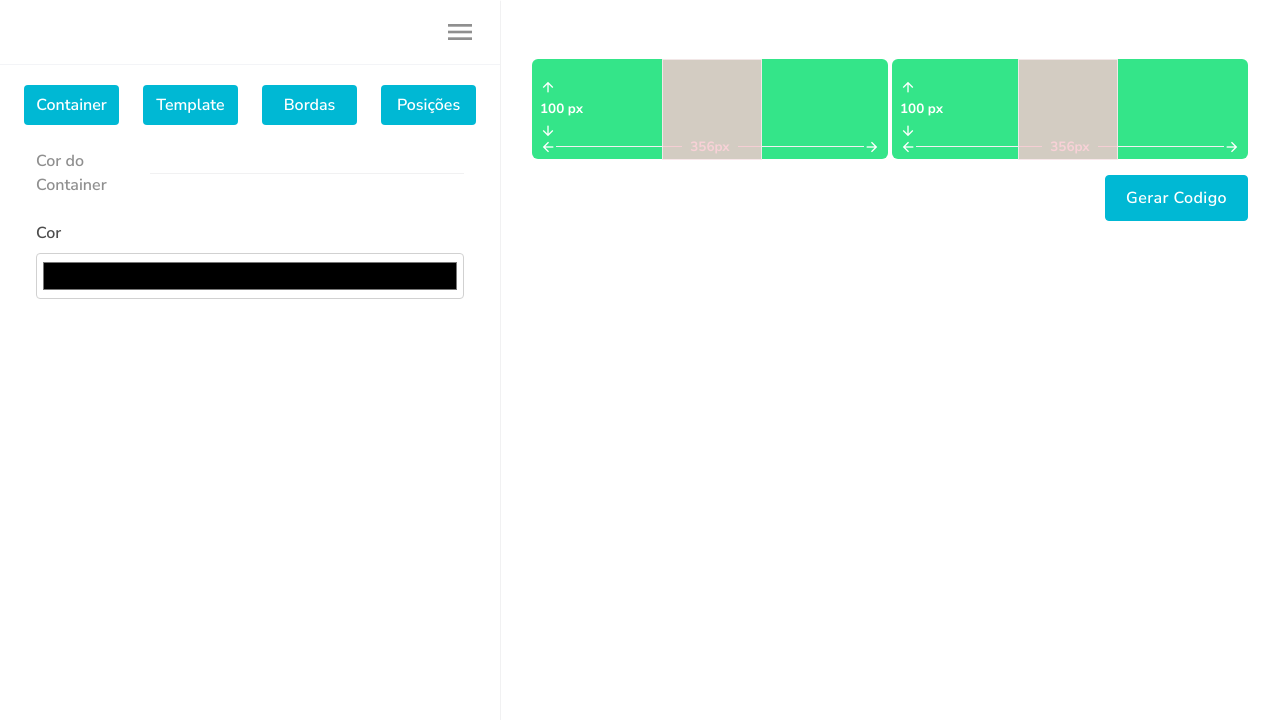
Repository: Flintdl/lowcode-elements
Page: /
The author's editor kept a copy of each file at every save. The page is drawn from the files as they stood at one save, then again after the next save.
The browser window is 1280 px wide. The pictures show the whole page.
The project was rebuilt for these pictures with package versions that can differ from the ones it lists, and the page was loaded fresh each time. Also part of the build but not shown: vue.config.js.

Above is the page before, as saved 2022-04-06 16:20:32.

### src/components/Menu/MenuTemplate.vue
<template>
  <div>
    <div
      class="ham burger-link-mobile sf-display-flex sf-display-md-none"
      @click="menu"
    >
      <i class="mdi mdi-menu sf-text-xlg sf-text-muted sf-dropdown-action"></i>
    </div>
    <nav class="sf-menu">
      <div class="sf-menu-header">
        <div
          @click="menu"
          class="hamburger-link sf-display-none sf-display-md-block"
        >
          <i
            class="mdi mdi-menu sf-text-xlg sf-text-muted sf-dropdown-action"
          ></i>
        </div>
      </div>
      <div class="sf-menu-body">
        <div class="sf-row sf-px-4" style="visibility: visible">
          <div
            v-for="tab of tabs"
            v-bind:key="tab.label"
            class="sf-col-3 sf-text-center sf-form-group"
          >
            <div
              @click="showContent"
              :dataRef="tab.ref"
              class="sf-btn-primary sf-cursor-pointer sf-p-2 sf-text-white sf-font-weight-bold sf-border-radius"
            >
              {{ tab.label }}
            </div>
          </div>
        </div>
        <ul class="sf-menu-ul sf-menu-content open" ref="container-collapse">
          <li class="sf-menu-li sf-px-4">
            <div class="sf-col-12 sf-form-group">
              <span
                class="sf-text-md sf-font-weight-bold sf-text-muted sf-display-flex sf-align-items-center"
              >
                Cor do Container
                <hr class="sf-width-100 sf-ml-4" />
              </span>
            </div>
            <InputBorderCorBloco
              :valorInput="inputBorderColor"
              v-on:callback="getValorBorderCorBloco"
            />
          </li>
        </ul>
        <ul class="sf-menu-ul sf-menu-content" ref="template-collapse">
          <li class="sf-menu-li sf-px-4">
            <div class="sf-row">
              <div class="sf-col-12 sf-form-group">
                <span
                  class="sf-text-md sf-font-weight-bold sf-text-muted sf-display-flex sf-align-items-center"
                >
                  Template
                  <hr class="sf-width-100 sf-ml-4" />
                </span>
              </div>
              <InputGapTemplate
                :valorInput="inputGap"
                v-on:callback="getValorCampo"
              />
              <InputQuantidadeTemplate
                :valorInput="inputQuantidade"
                v-on:callback="getValorCampoQuantidade"
              />
              <InputQuantLinhasTemplate
                :valorInput="inputQuantidadeLinha"
                v-on:callback="getValorCampoQuantidadeLinha"
              />
              <InputLarguraBloco
                :valorInput="inputRange"
                v-on:callback="getValorLarguraBloco"
              />
              <InputAlturaBloco
                :valorInput="valorHeight"
                v-on:callback="getValorAlturaBloco"
              />
            </div>
            <div class="sf-row">
              <div class="sf-col-4 sf-form-group">
                <label class="sf-label">Cor</label>
                <input
                  type="color"
                  id="inputColor"
                  v-model="inputColor"
                  class="sf-p-1 sf-text-capitalize"
                  placeholder="Quantidade de Blocos"
                />
              </div>
            </div>
          </li>
        </ul>
        <ul class="sf-menu-ul sf-menu-content" ref="border-collapse">
          <li class="sf-menu-li sf-px-4">
            <div class="sf-row">
              <div class="sf-col-12 sf-form-group">
                <span
                  class="sf-text-md sf-font-weight-bold sf-text-muted sf-display-flex sf-align-items-center"
                >
                  Bordas
                  <hr class="sf-width-100 sf-ml-4" />
                </span>
              </div>
              <InputBorderRadiusBloco
                :valorInput="inputBorderRadius"
                v-on:callback="getValorRadiusBloco"
              />
              <InputBorderBloco
                :valorInput="inputBorder"
                v-on:callback="getValorBorderBloco"
              />
              <InputBorderCorBloco
                :valorInput="inputBorderColor"
                v-on:callback="getValorBorderCorBloco"
              />
              <InputBorderTipoBloco
                :valorInput="inputBorderTipo"
                v-on:callback="getValorBorderTipoBloco"
              />
            </div>
          </li>
        </ul>
        <ul class="sf-menu-ul sf-menu-content" ref="position-collapse">
          <li class="sf-menu-li sf-px-4">
            <InputPosicaoBloco
              :valorInput="checkValue"
              v-on:callback="getValorPosicaoBloco"
            />
          </li>
        </ul>
      </div>
    </nav>
    <div class="sf-content-page">
      <HomeView
        :valor="inputRange"
        :inputGap="inputGap"
        :valorHeight="valorHeight"
        :quantidade="parseInt(inputQuantidade)"
        :quantidadeLinha="parseInt(inputQuantidadeLinha)"
        :inputBorderRadius="inputBorderRadius"
        :checkValue="checkValue"
        :inputColor="inputColor"
        :inputBorder="inputBorder"
        :inputBorderColor="inputBorderColor"
        :inputBorderTipo="inputBorderTipo"
      />
    </div>
    <div class="ga-mascara-fundo" @click="mask"></div>
  </div>
</template>

<script>
import HomeView from "@/views/HomeView.vue";
import InputGapTemplate from "@/components/templates/InputGapTemplate.vue";
import InputQuantidadeTemplate from "@/components/templates/InputQuantidadeTemplate.vue";
import InputQuantLinhasTemplate from "@/components/templates/InputQuantLinhasTemplate.vue";
import InputLarguraBloco from "@/components/templates/InputLarguraBloco.vue";
import InputAlturaBloco from "@/components/templates/InputAlturaBloco.vue";
import InputBorderRadiusBloco from "@/components/templates/InputBorderRadiusBloco.vue";
import InputBorderBloco from "@/components/templates/InputBorderBloco.vue";
import InputPosicaoBloco from "@/components/templates/InputPosicaoBloco.vue";
import InputBorderCorBloco from "@/components/templates/InputBorderCorBloco.vue";
import InputBorderTipoBloco from "@/components/templates/InputBorderTipoBloco.vue";
import image from "@/assets/logo-soften.webp";

export default {
  name: "MenuTemplate",
  data: function () {
    return {
      inputQuantidade: (this.inputQuantidade = "2"),
      inputQuantidadeLinha: (this.inputQuantidadeLinha = "2"),
      inputBorderRadius: (this.inputBorderRadius = "6"),
      inputRange: (this.inputRange = "100"),
      valorHeight: (this.valorHeight = "100"),
      inputGap: (this.inputGap = "4"),
      checkValue: (this.checkValue = "center"),
      inputColor: (this.inputColor = "#34E589"),
      inputBorder: (this.inputBorder = "0"),
      inputBorderColor: (this.inputBorderColor = ""),
      inputBorderTipo: (this.inputBorderTipo = ""),
      image: image,

      tabs: [
        { label: "Container", ref: "container-collapse" },
        { label: "Template", ref: "template-collapse" },
        { label: "Bordas", ref: "border-collapse" },
        { label: "Posições", ref: "position-collapse" },
      ],
    };
  },
  components: {
    HomeView,
    InputGapTemplate,
    InputQuantidadeTemplate,
    InputQuantLinhasTemplate,
    InputLarguraBloco,
    InputAlturaBloco,
    InputPosicaoBloco,
    InputBorderRadiusBloco,
    InputBorderBloco,
    InputBorderCorBloco,
    InputBorderTipoBloco,
  },
  beforeMount() {
    if (window.innerWidth >= 768) {
      if (localStorage.getItem("menu") === "fechado") {
        document.body.classList.add("menu-fechado");
      } else {
        document.body.classList.remove("menu-fechado");
      }
    }

    (function () {
      var current = window.location.pathname.split("")[0];
      if (current === "") return;
      var menuItems = document.querySelectorAll(".sf-menu-list-link");
      for (var i = 0, len = menuItems.length; i < len; i++) {
        if (menuItems[i].getAttribute("href").indexOf(current) !== -1) {
          menuItems[i].className += " active-nolink";
          menuItems[i].nextElementSibling.className += " active-nolink";
        }
      }
    })();
  },
  methods: {
    showContent(e) {
      var referenciaItem = this.$refs[e.currentTarget.getAttribute("dataRef")];
      for (let i = 0; i < this.tabs.length; i++) {
        const element = this.tabs[i];
        if (this.$refs[element.ref]) {
          if (this.$refs[element.ref].classList.contains("open"))
            this.$refs[element.ref].classList.remove("open");
        }
      }
      if (referenciaItem) {
        referenciaItem.classList.toggle("open");
        if (!referenciaItem.classList.contains("open")) {
          referenciaItem.classList.remove("open");
        } else {
          referenciaItem.classList.add("open");
        }
      }
    },
    menu() {
      if (window.innerWidth >= 768) {
        document.body.classList.toggle("menu-fechado");
        if (document.body.classList.contains("menu-fechado")) {
          localStorage.setItem("menu", "fechado");
        } else {
          localStorage.removeItem("menu");
        }
      } else {
        document.body.classList.toggle("menu-mobile-aberto");
      }
    },
    mask() {
      document.body.classList.remove("menu-mobile-aberto");
    },
    getValorCampo(valor) {
      this.inputGap = valor;
    },
    getValorCampoQuantidade(valor) {
      this.inputQuantidade = valor;
    },
    getValorCampoQuantidadeLinha(valor) {
      this.inputQuantidadeLinha = valor;
    },
    getValorLarguraBloco(valor) {
      this.inputRange = valor;
    },
    getValorAlturaBloco(valor) {
      this.valorHeight = valor;
    },
    getValorRadiusBloco(valor) {
      this.inputBorderRadius = valor;
    },
    getValorBorderBloco(valor) {
      this.inputBorder = valor;
    },
    getValorBorderCorBloco(valor) {
      this.inputBorderColor = valor;
    },
    getValorBorderTipoBloco(valor) {
      this.inputBorderTipo = valor;
    },
    getValorPosicaoBloco(valor) {
      this.checkValue = valor;
    },
  },
};

// function dropdown(menu) {
//   var dropdowns = document.getElementsByClassName("sf-dropdown-menu");
//   var i;
//   for (i = 0; i < dropdowns.length; i++) {
//     var openDropdown = dropdowns[i];
//     if (openDropdown.classList.contains("show")) {
//       openDropdown.classList.remove("show");
//     }
//   }
//   document.querySelector(menu).classList.toggle("show");
// }
</script>

<style lang="scss">
@import "@/assets/scss/style.scss";
@import "@/assets/scss/standard.scss";
@import "@/assets/scss/menu.scss";
</style>

### src/assets/scss/_variables.scss
// Primarys Colors
$standardTextColor: #4d4d4d;

$primaryColor: #8e6dff;
$secondaryColor: #009997;
$buttonDisableColor: #9c9c9c;
$buttonDisableBgColor: #7676764d;

// Menu Colors

$bgMenuColor: #1d1d1d;
$linkMenuColor: #7b8089;
$iconMenuColor: #2a2a2a;
$borderMenuColor: #323232;

// Botão Colors

$btnPrimary: #00b8d4;
$btnPrimaryHover: #0085b0;

// Generics Colors

$whiteColor: #ffffff;
$mutedColor: #8f8f8f;
$cardColor: #f3f4f7;
$cardColorLight: #f9fafc;
$cardColorLightTwo: #f1f5fc;
$greyLight: #d1d1d1;

// Dropdown Colors

$dropdownHeaderColor: #5f5f5f;
$dropdownColor: #ebffff;

// State Colors

$successColor: #3dc661;
$dangerColor: #e7515a;
$warningColor: #e2a03f;
$infoColor: #2196f3;
$defaultColor: #172b4d;
$lightColor: #e0e0e0;

### src/components/templates/InputGapTemplate.vue
<template>
  <div class="sf-col-3 sf-form-group">
    <label class="sf-label">Espaçamento</label>
    <input
      type="number"
      min="1"
      max="12"
      value="2"
      id="inputGap"
      v-model="valor"
      class="filter-states sf-text-capitalize"
      placeholder="Quantidade de Blocos"
    />
  </div>
</template>

<script>
export default {
  props: {
    valorInput: String,
  },
  computed: {
    valor: {
      get() {
        var inp = this.valorInput;
        return inp;
      },
      set(valorInput) {
        this.$emit("callback", valorInput);
      },
    },
  },
};
</script>

<style></style>

### src/components/templates/InputQuantidadeTemplate.vue
<template>
  <div class="sf-col-4 sf-form-group">
    <label class="sf-label">Quantidade</label>
    <input
      type="number"
      value="1"
      id="inputQuantidade"
      v-model="valor"
      class="filter-states sf-text-capitalize"
      placeholder="Quantidade de Blocos"
    />
  </div>
</template>

<script>
export default {
  props: {
    valorInput: String,
  },
  computed: {
    valor: {
      get() {
        var inp = this.valorInput;
        return inp;
      },
      set(valorInput) {
        this.$emit("callback", valorInput);
      },
    },
  },
};
</script>

<style></style>

### src/components/templates/InputQuantLinhasTemplate.vue
<template>
  <div class="sf-col-5 sf-form-group">
    <label class="sf-label">Quantidade por Linhas</label>
    <input
      type="number"
      min="1"
      max="12"
      value="1"
      id="inputQuantidadeLinha"
      v-model="valor"
      class="filter-states sf-text-capitalize"
      placeholder="Quantidade Linha"
    />
  </div>
</template>

<script>
export default {
  props: {
    valorInput: String,
  },
  computed: {
    valor: {
      get() {
        var inp = this.valorInput;
        return inp;
      },
      set(valorInput) {
        this.$emit("callback", valorInput);
      },
    },
  },
};
</script>

<style></style>

### src/components/templates/InputLarguraBloco.vue
<template>
  <div class="sf-col-6 sf-form-group">
    <label class="sf-label">Largura do Bloco</label>
    <div class="sf-input-group">
      <div
        class="sf-input-group-append sf-display-flex sf-justify-content-center"
      >
        <div
          class="sf-display-flex sf-align-items-center sf-justify-content-center sf-border-left-0 sf-border-radius sf-border-radius-left-0 sf-pr-2 sf-text-info sf-font-weight-bold sf-min-80-px"
        >
          <div class="sf-input-group">
            <input
              type="number"
              value="1"
              min="1"
              max="100"
              v-model="valor"
              class="sf-text-md sf-height-fit-content sf-pr-0 sf-pl-1 sf-border-right-0 sf-border-radius-right-0 sf-text-capitalize"
              placeholder="Curva da Borda"
            />
            <div
              class="sf-input-group-append sf-display-flex sf-justify-content-center"
            >
              <div
                class="sf-display-flex sf-align-items-center sf-border sf-justify-content-center sf-border-left-0 sf-border-radius sf-border-radius-left-0 sf-pr-1 sf-text-info sf-font-weight-bold sf-text-sm"
              >
                %
              </div>
            </div>
          </div>
        </div>
      </div>
      <input
        type="range"
        min="10"
        max="100"
        value="10"
        id="inputRange"
        v-model="valor"
        class="sf-px-0 sf-border-right-0 sf-border-radius-right-0 sf-text-capitalize"
      />
    </div>
  </div>
</template>

<script>
export default {
  props: {
    valorInput: String,
  },
  computed: {
    valor: {
      get() {
        var inp = this.valorInput;
        return inp;
      },
      set(valorInput) {
        this.$emit("callback", valorInput);
      },
    },
  },
};
</script>

<style></style>

### src/components/templates/InputAlturaBloco.vue
<template>
  <div class="sf-col-6 sf-form-group">
    <label class="sf-label">Altura Bloco</label>
    <div class="sf-input-group">
      <div
        class="sf-input-group-append sf-display-flex sf-justify-content-center"
      >
        <div
          class="sf-display-flex sf-align-items-center sf-justify-content-center sf-border-left-0 sf-border-radius sf-border-radius-left-0 sf-pr-2 sf-text-info sf-font-weight-bold sf-min-80-px"
        >
          <div class="sf-input-group">
            <input
              type="number"
              value="1"
              min="1"
              max="500"
              v-model="valor"
              class="sf-text-md sf-height-fit-content sf-pr-0 sf-pl-1 sf-border-right-0 sf-border-radius-right-0 sf-text-capitalize"
              placeholder="Curva da Borda"
            />
            <div
              class="sf-input-group-append sf-display-flex sf-justify-content-center"
            >
              <div
                class="sf-display-flex sf-align-items-center sf-border sf-justify-content-center sf-border-left-0 sf-border-radius sf-border-radius-left-0 sf-pr-1 sf-text-info sf-font-weight-bold sf-text-sm"
              >
                PX
              </div>
            </div>
          </div>
        </div>
      </div>
      <input
        type="range"
        min="10"
        max="500"
        id="valorHeight"
        v-model="valor"
        class="sf-px-0 sf-border-right-0 sf-border-radius-right-0 sf-text-capitalize"
      />
    </div>
  </div>
</template>

<script>
export default {
  props: {
    valorInput: String,
  },
  computed: {
    valor: {
      get() {
        var inp = this.valorInput;
        return inp;
      },
      set(valorInput) {
        this.$emit("callback", valorInput);
      },
    },
  },
};
</script>

<style></style>

### src/components/templates/InputBorderBloco.vue
<template>
  <div class="sf-col-6 sf-form-group">
    <label class="sf-label">Tamanho da Borda</label>
    <div class="sf-input-group">
      <div
        class="sf-input-group-append sf-display-flex sf-justify-content-center"
      >
        <div
          class="sf-display-flex sf-align-items-center sf-justify-content-center sf-border-left-0 sf-border-radius sf-border-radius-left-0 sf-pr-2 sf-text-info sf-font-weight-bold sf-min-80-px"
        >
          <div class="sf-input-group">
            <input
              type="number"
              value="1"
              min="1"
              max="50"
              v-model="valor"
              class="sf-text-md sf-height-fit-content sf-pr-0 sf-pl-1 sf-border-right-0 sf-border-radius-right-0 sf-text-capitalize"
              placeholder="Curva da Borda"
            />
            <div
              class="sf-input-group-append sf-display-flex sf-justify-content-center"
            >
              <div
                class="sf-display-flex sf-align-items-center sf-border sf-justify-content-center sf-border-left-0 sf-border-radius sf-border-radius-left-0 sf-pr-1 sf-text-info sf-font-weight-bold sf-text-sm"
              >
                PX
              </div>
            </div>
          </div>
        </div>
      </div>
      <input
        type="range"
        value="1"
        min="0"
        max="24"
        id="inputBorder"
        v-model="valor"
        class="sf-px-0 sf-border-right-0 sf-border-radius-right-0 sf-text-capitalize"
        placeholder="Curva da Borda"
      />
    </div>
  </div>
</template>

<script>
export default {
  props: {
    valorInput: String,
  },
  computed: {
    valor: {
      get() {
        var inp = this.valorInput;
        return inp;
      },
      set(valorInput) {
        this.$emit("callback", valorInput);
      },
    },
  },
};
</script>

<style></style>

### src/components/templates/InputPosicaoBloco.vue
<template>
  <div class="sf-row">
    <div class="sf-col-12 sf-form-group">
      <span
        class="sf-text-md sf-font-weight-bold sf-text-muted sf-display-flex sf-align-items-center"
      >
        Posições
        <hr class="sf-width-100 sf-ml-4" />
      </span>
    </div>
    <div class="sf-col-auto sf-form-group">
      <input
        id="start"
        type="radio"
        name="positionDivs"
        v-model="valor"
        value="start"
        checked
      />
      <label for="start"> Esquerda</label>
    </div>

    <div class="sf-col-auto sf-form-group">
      <input
        type="radio"
        id="center"
        name="positionDivs"
        v-model="valor"
        value="center"
      />
      <label for="center"> Centro</label>
    </div>

    <div class="sf-col-auto sf-form-group">
      <input
        type="radio"
        id="end"
        name="positionDivs"
        v-model="valor"
        value="end"
      />
      <label for="end"> Final</label>
    </div>
    <div class="sf-col-auto sf-form-group">
      <input
        type="radio"
        id="between"
        name="positionDivs"
        v-model="valor"
        value="between"
      />
      <label for="between"> Laterais</label>
    </div>
    <div class="sf-col-auto sf-form-group">
      <input
        type="radio"
        id="around"
        name="positionDivs"
        v-model="valor"
        value="around"
      />
      <label for="around"> Meio</label>
    </div>
  </div>
</template>

<script>
export default {
  props: {
    valorInput: String,
  },
  computed: {
    valor: {
      get() {
        var inp = this.valorInput;
        return inp;
      },
      set(valorInput) {
        this.$emit("callback", valorInput);
      },
    },
  },
};
</script>

<style></style>

### src/components/templates/InputBorderCorBloco.vue
<template>
  <div class="sf-col sf-form-group">
    <label class="sf-label">Cor</label>
    <input
      type="color"
      id="inputBorderColor"
      v-model="valor"
      class="sf-p-1 sf-text-capitalize"
      placeholder="Quantidade de Blocos"
    />
  </div>
</template>

<script>
export default {
  props: {
    valorInput: String,
  },
  computed: {
    valor: {
      get() {
        var inp = this.valorInput;
        return inp;
      },
      set(valorInput) {
        this.$emit("callback", valorInput);
      },
    },
  },
};
</script>

<style></style>

### src/components/templates/InputBorderTipoBloco.vue
<template>
  <div class="sf-col-10 sf-form-group">
    <label class="sf-label">Tipo de Borda</label>
    <select
      id="inputBorderTipo"
      v-model="control"
      :items="items"
      @change="onSelectType"
      class="sf-text-capitalize"
    >
      <option
        v-bind:key="item.value"
        :value="item.value"
        :disabled="!item.value"
        v-for="item of items"
      >
        {{ item.label }}
      </option>
    </select>
  </div>
</template>

<script>
export default {
  props: {
    valorInput: String,
  },
  data: () => {
    return {
      items: [
        { label: "Solid", value: "solid" },
        { label: "Dashed", value: "dashed" },
      ],
    };
  },
  computed: {
    control: {
      get() {
        return this.valorInput;
      },
      set(valorInput) {
        this.$emit("callback", valorInput);
      },
    },
  },
  methods: {
    onSelectType(event) {
      this.$emit("change", event);
    },
  },
};
</script>

<style></style>

### src/components/templates/DivGrid.vue
<template>
  <div
    class="sf-position-relative sf-overflow-hidden"
    :style="cssDefinido"
    ref="container"
  >
    <div
      class="sf-height-position sf-position-absolute sf-display-flex sf-flex-column sf-px-2"
    >
      <i
        class="mdi mdi-arrow-up sf-text-md sf-text-white sf-dropdown-action"
      ></i>
      <span class="sf-text-white sf-font-weight-extra-bold sf-text-center">
        {{ altura }}
        px
      </span>
      <i
        class="mdi mdi-arrow-down sf-text-md sf-text-white sf-dropdown-action"
      ></i>
    </div>
    <div
      class="sf-width-position sf-width-100 sf-position-absolute sf-display-flex sf-align-items-center sf-px-2"
    >
      <i
        class="mdi mdi-arrow-left sf-text-md sf-text-white sf-dropdown-action"
      ></i>
      <hr class="sf-width-100 sf-mr-2" />
      <span class="sf-text-white sf-font-weight-extra-bold sf-text-center">
        {{ larguraPixel }}px
      </span>
      <hr class="sf-width-100 sf-ml-2" />
      <i
        class="mdi mdi-arrow-right sf-text-md sf-text-white sf-dropdown-action"
      ></i>
    </div>
  </div>
</template>

<script>
export default {
  data() {
    return {
      larguraPixel: null,
    };
  },
  mounted() {
    this.larguraPixel = this.$refs.container?.offsetWidth;
  },

  props: {
    cssDefinido: Object,
    tamanho: String,
    altura: String,
  },
  created() {
    this.$watch("tamanho", () => {
      this.larguraPixel = this.$refs.container?.offsetWidth;
    });
  },
};
</script>

<style lang="scss" scoped>
.sf-height-position,
.sf-width-position {
  font-size: 1.4ch;
}
.sf-height-position {
  transform: translateY(-50%);
  left: 0;
  top: 50%;
}
.sf-width-position {
  transform: translateX(-50%);
  bottom: 0;
  left: 50%;
}
</style>

Loaded but not shown: public/index.html (common file); src/main.js (common file); src/App.vue (common file); src/registerServiceWorker.js (common file); src/router/index.js (common file); src/assets/scss/materialdesignicons.scss (9 lines, source omitted); src/assets/scss/style.scss (4102 lines, source omitted); src/assets/scss/menu.scss (402 lines, source omitted); src/assets/scss/standard.scss (381 lines, source omitted); src/views/HomeView.vue (165 lines, source omitted); src/components/templates/InputBorderRadiusBloco.vue (66 lines, source omitted)

After the next save:
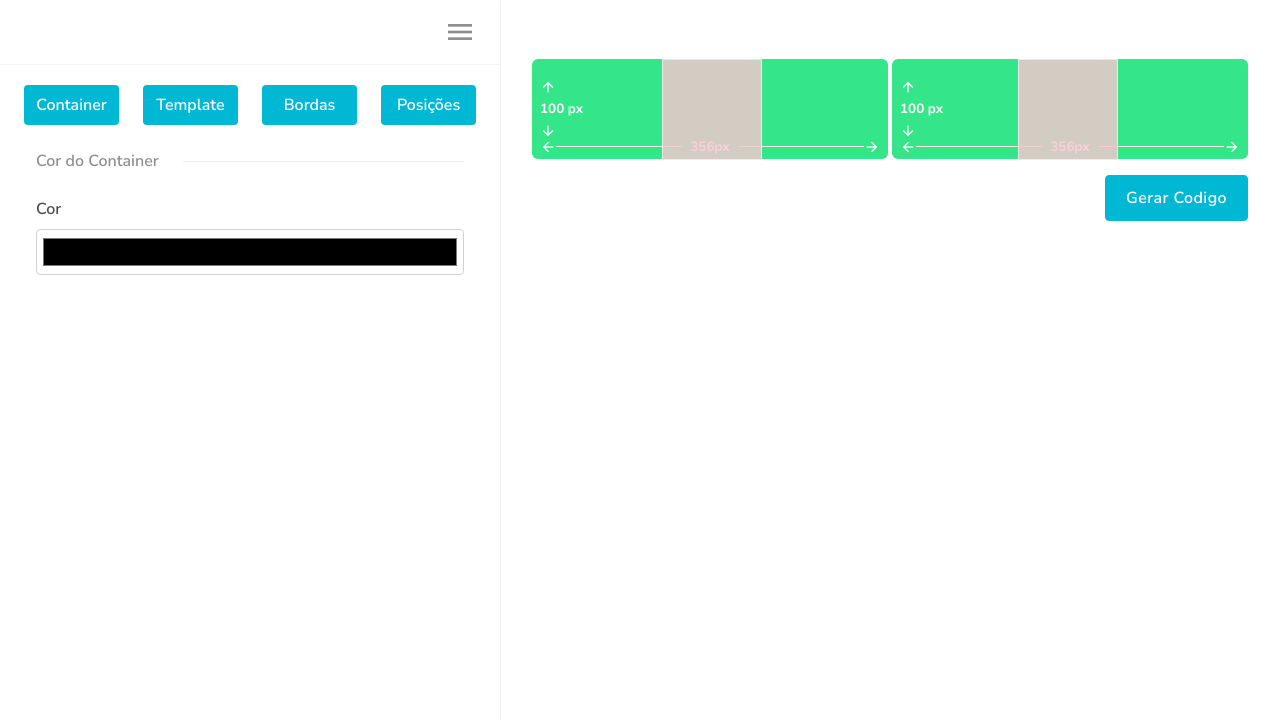
Saved 30 s later.
--- a/src/components/Menu/MenuTemplate.vue
+++ b/src/components/Menu/MenuTemplate.vue
@@ -37,7 +37,7 @@
           <li class="sf-menu-li sf-px-4">
             <div class="sf-col-12 sf-form-group">
               <span
-                class="sf-text-md sf-font-weight-bold sf-text-muted sf-display-flex sf-align-items-center"
+                class="sf-text-nowrap sf-text-md sf-font-weight-bold sf-text-muted sf-display-flex sf-align-items-center"
               >
                 Cor do Container
                 <hr class="sf-width-100 sf-ml-4" />
